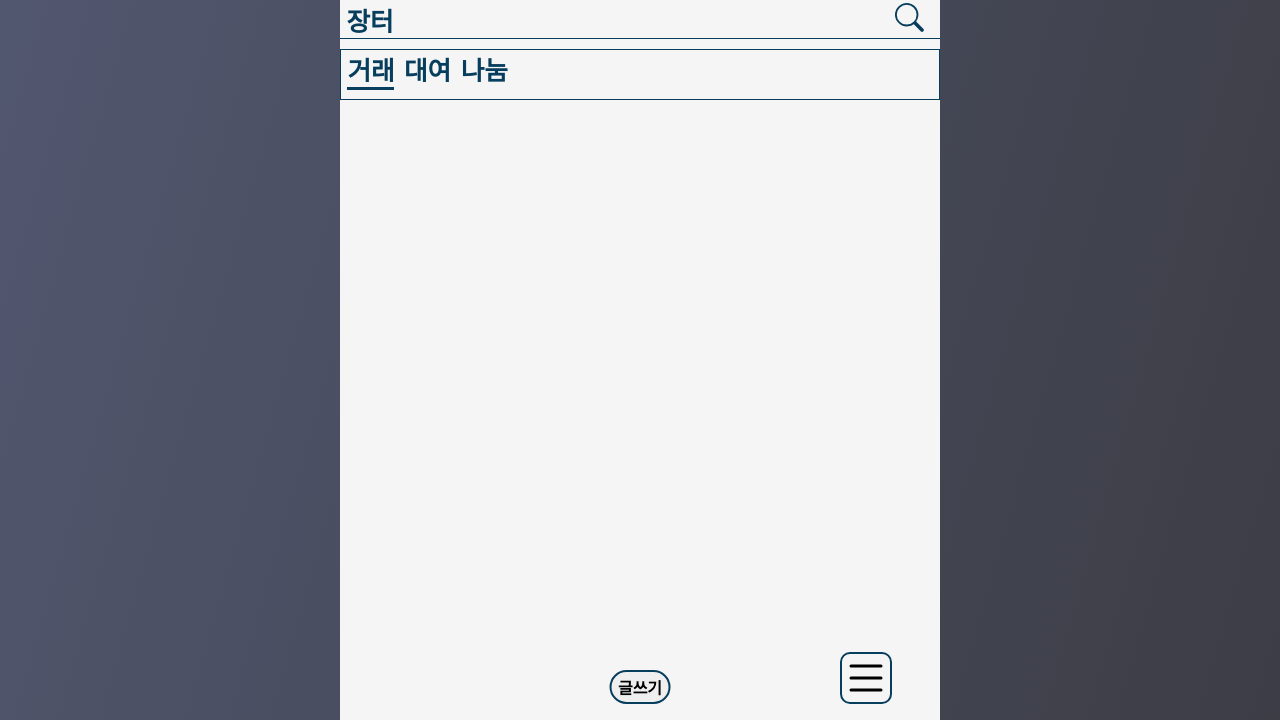
Repository: SeungYn/hanium
Page: /trade/trade
These files come from the project's save history. The page is drawn as it stood at one moment and after the next save; the edit follows.
The browser window is 1280 px wide. The pictures show the whole page.
The page's requests for data from a server got no answer. The project was rebuilt for these pictures with package versions that can differ from the ones it lists, and the page was loaded fresh each time. No one was signed in, and anything a server would have sent is missing. Also part of the build but not shown: src/App.css, src/components/Chat/ChatHeader/ChatHeader.module.css, src/components/Chat/ChatHeader/ChatHeader.jsx, src/components/Chat/ChatPeoples/ChatPeoples.jsx, src/components/Chat/ChatSideBar/ChatSideBar.module.css, src/components/Chat/ChatSideBar/ChatSideBar.jsx, src/components/ReadPopup/ReadPopup.module.css, src/components/ReadPopup/ReadPopup.jsx and 26 more.

Above is the page before, as saved 2022-11-21 13:43:08.

After the next save:
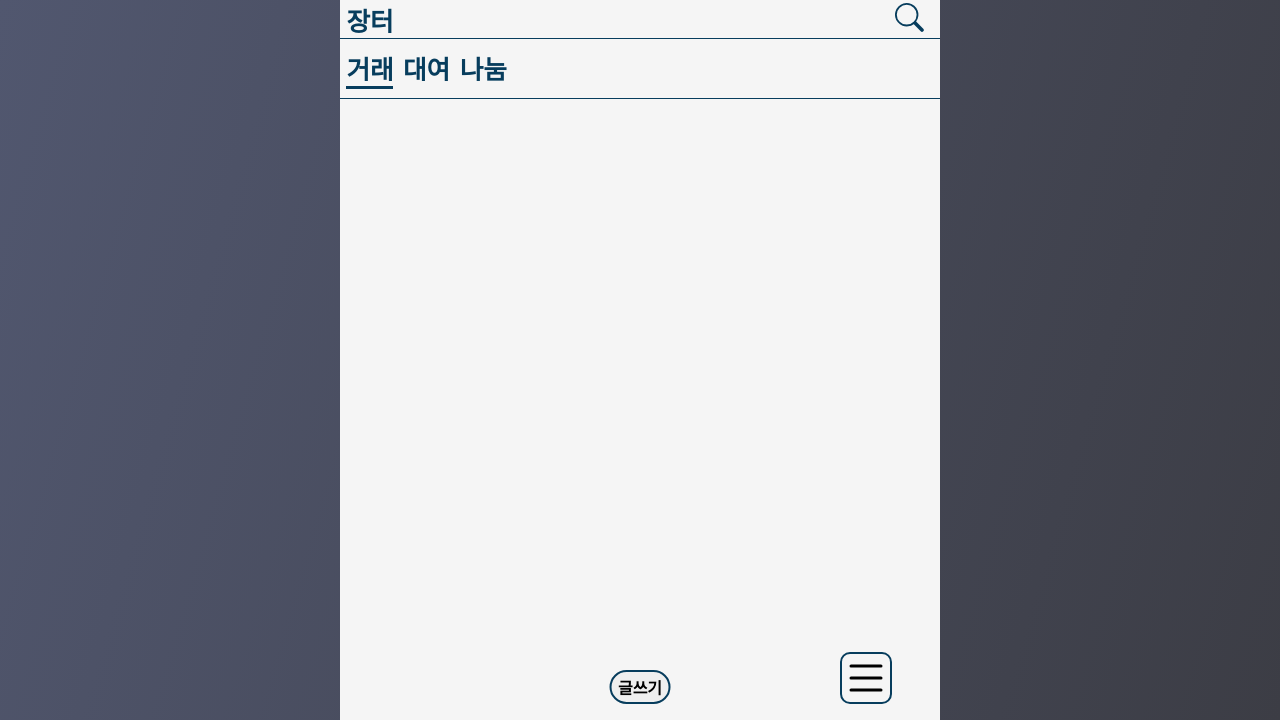
Saved 6 s later.
--- a/src/components/Trade/TradeCategory/TradeCategory.module.css
+++ b/src/components/Trade/TradeCategory/TradeCategory.module.css
@@ -2,7 +2,7 @@
   display: flex;
   padding: 0 0.4rem;
   padding-bottom: var(--padding-bottom);
-  border: 1px solid var(--color-main);
+  border-bottom: 1px solid var(--color-main);
 }
 
 .category {
